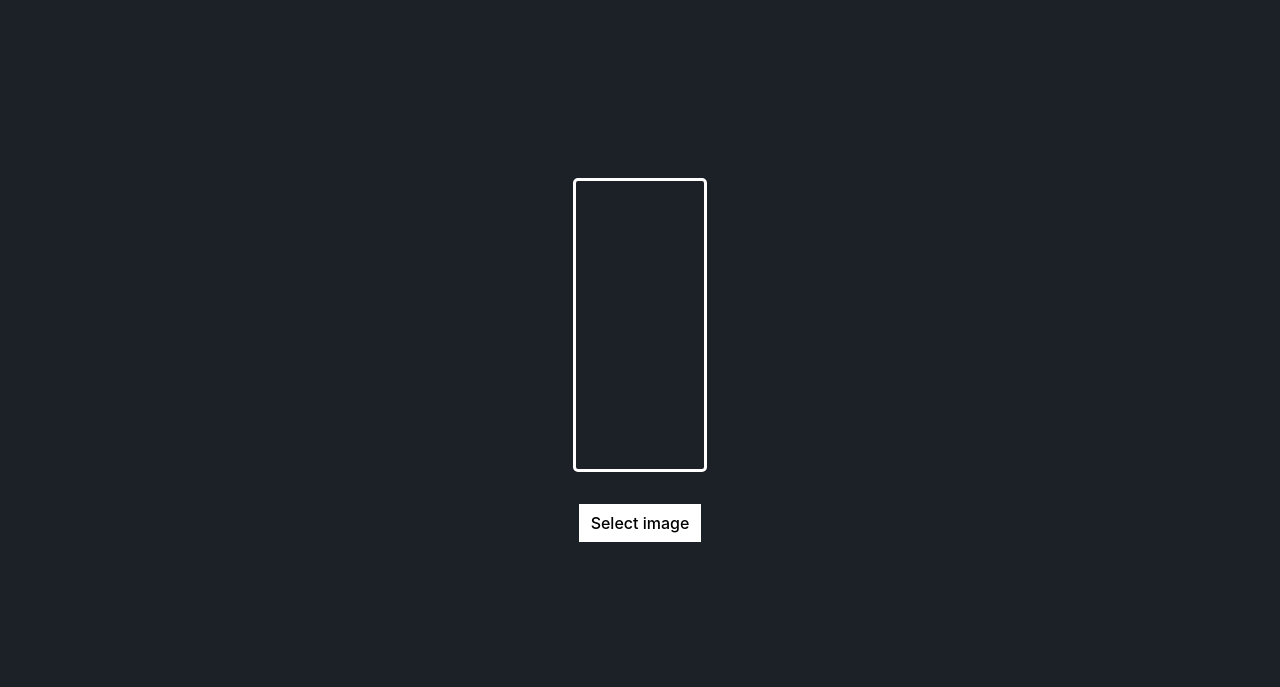
Repository: StephaneCash/Reconnaissance_Immatriculation_Plate
Page: /
An editor plug-in stored every save of this project. The page is shown before and after the next save, followed by the edit.
The browser window is 1280 px wide. The pictures show the whole page.
The project was rebuilt for these pictures with package versions that can differ from the ones it lists, and the page was loaded fresh each time.

Above is the page before, as saved 2021-11-22 01:13:54.

### src/App.js
import Webcam from "react-webcam";
import React, { Component, useState } from 'react';
import { useRef } from 'react';
import "./App.css"
import "@tensorflow/tfjs-backend-webgl";
import "@tensorflow/tfjs-backend-cpu";
import * as cocoSsd from "@tensorflow-models/coco-ssd";


function App() {

  const fileInputRef = useRef();

  const [imgData, setImgData] = useState(null);

  const openFilePicker = () => {
    if (fileInputRef.current) fileInputRef.current.click();
  }

  const readImage = (file) => {
    return new Promise((rs, rj) => {
      const fileReader = new FileReader();
      fileReader.onload = () => rs(fileReader.result);
      fileReader.onerror = () => rj(fileReader.error);
      fileReader.readAsDataURL(file);
    });
  };

  const onSelectImage = async (e) => {
    const file = e.target.files[0];
    const imgData = await readImage(file);
    setImgData(imgData);
  };

  return (
    <div className="App">
      <div className="objdetect">
        {
          imgData && <img src={imgData} />
        }

      </div>
      <div className="input">
        <input type="file" ref={fileInputRef} onChange={onSelectImage} />
      </div>
      <div className="SelectButton" onClick={openFilePicker}>
        Select image
      </div>
    </div>
  )
}

export default App;

### src/App.css
.App {
  width: 100%;
  height: 100vh;
  background-color: #1c2127;
  display: flex;
  flex-direction: column;
  align-items: center;
  justify-content: center;
  color: #fff;
}

.SelectButton {
  padding: 7px 10px;
  border: 2px solid transparent;
  background-color: #fff;
  color: black;
  font-size: 16px;
  font-weight: 500;
  outline: none;
  margin-top: 2em;
  cursor: pointer;
  transition: all 260ms ease-in-out;
}

.SelectButton:hover {
  background-color: transparent;
  border: 2px solid #fff;
  color: #fff;
}

.objdetect {
  width: 10%;
  height: 40vh;
  border: 3px solid #fff;
  border-radius: 5px;
  display: flex;
  align-items: center;
  justify-content: center;
  line-height: 50vh;
}

input {
  display: none;

}

Loaded but not shown: public/index.html (common file); src/index.js (common file); src/index.css (common file); src/reportWebVitals.js (common file)

After the next save:
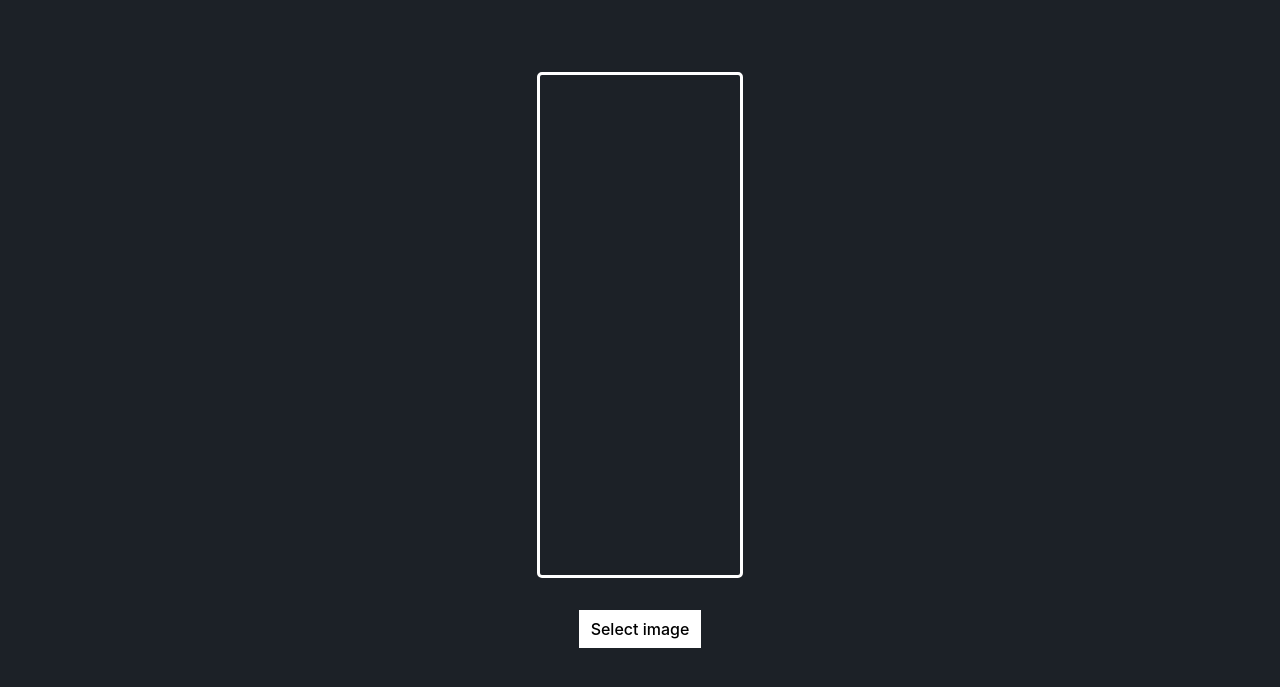
Saved 24 s later.
--- a/src/App.css
+++ b/src/App.css
@@ -29,14 +29,14 @@
 }
 
 .objdetect {
-  width: 10%;
-  height: 40vh;
+  min-width: 200px;
+  height: 500px;
   border: 3px solid #fff;
   border-radius: 5px;
   display: flex;
   align-items: center;
   justify-content: center;
-  line-height: 50vh;
+  position: relative;
 }
 
 input {
